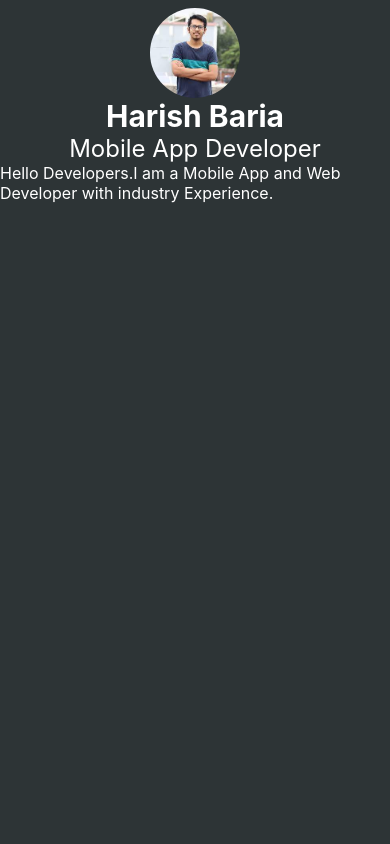
Repository: harishbariya/React-Native-ui-desiign
Screen: /
These files come from the project's save history. The screen is drawn as it stood at one moment and after the next save; the edit follows.
The app was drawn by React Native's web renderer in a window 390 px wide. The project was rebuilt for these pictures with package versions that can differ from the ones it lists, and the page was loaded fresh each time.

Above is the screen before, as saved 2021-11-17 14:20:19.

### App.js
import React, { Component } from 'react';
import {View,Text,StyleSheet,Image} from 'react-native';


class App extends Component
{
  render()
  {
    return(
      <View style={styles.display}>
      <Image style={{alignSelf:"center",marginTop:8,borderRadius:1000}}source={{uri:"data:[embedded picture, 9311 characters]"
      ,width:90,height:90}}/>
        <Text style={[styles.textstyles,{color:"#fff",fontSize:30,fontWeight:"bold"}]}>Harish Baria</Text>
        <Text style={[styles.textstyles,{fontSize:24}]}>Mobile App Developer</Text>
      <Text style={{color:"#fff",fontSize:16,textAlignVertical:"center"}}>Hello Developers.I am a Mobile App and Web Developer with industry Experience.</Text>
      </View>
    );
  }
}

const styles=StyleSheet.create({

  display:{
    flex:1,
    flexDirection:"column",
    backgroundColor:"#2d3436",
  },
  textstyles:{
    color:"#fff",
    textAlign:"center",
  }

})

export default App

After the next save:
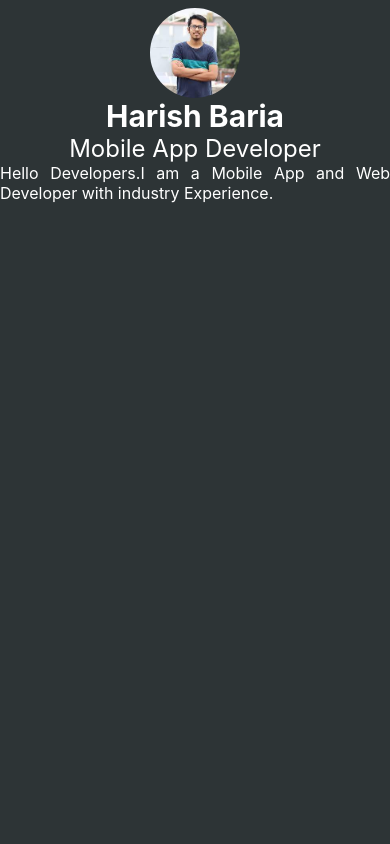
Saved 15 s later.
--- a/App.js
+++ b/App.js
@@ -12,7 +12,7 @@ class App extends Component
       ,width:90,height:90}}/>
         <Text style={[styles.textstyles,{color:"#fff",fontSize:30,fontWeight:"bold"}]}>Harish Baria</Text>
         <Text style={[styles.textstyles,{fontSize:24}]}>Mobile App Developer</Text>
-      <Text style={{color:"#fff",fontSize:16,textAlignVertical:"center"}}>Hello Developers.I am a Mobile App and Web Developer with industry Experience.</Text>
+      <Text style={{color:"#fff",fontSize:16,textAlign:"justify"}}>Hello Developers.I am a Mobile App and Web Developer with industry Experience.</Text>
       </View>
     );
   }
